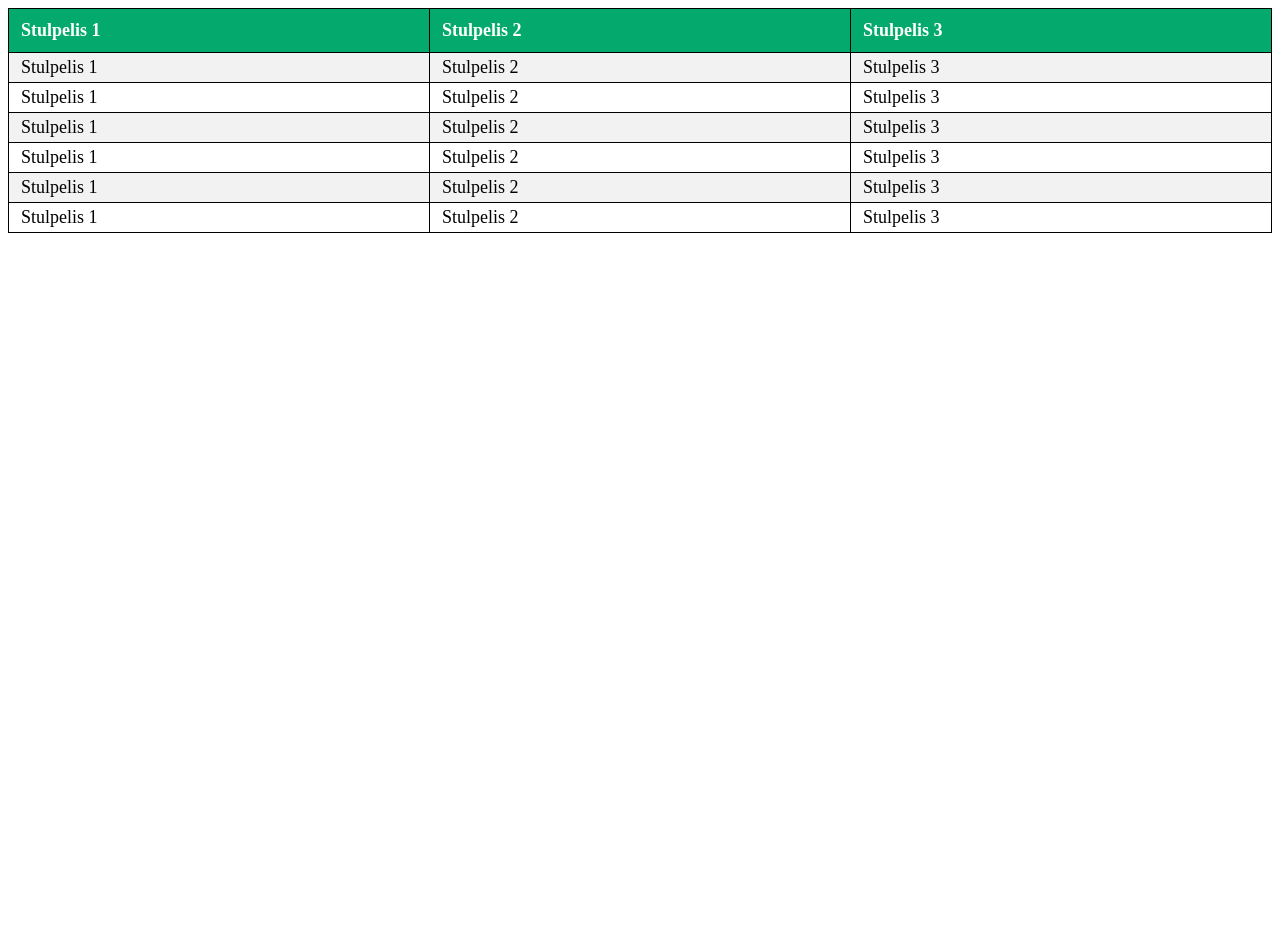
Repository: motiejus1/10-paskaita-05.31
Page: index.html
The author's editor kept a copy of each file at every save. The page is drawn from the files as they stood at one save, then again after a run of saves.
The browser window is 1280 px wide. The pictures show the part of the page from y = 0 to 952 px (the page is 3241 px tall).
Backgrounds fixed to the window are drawn as part of the page.

Above is the page before, as saved 2021-06-16 20:13:34.

After the next 2 saves:
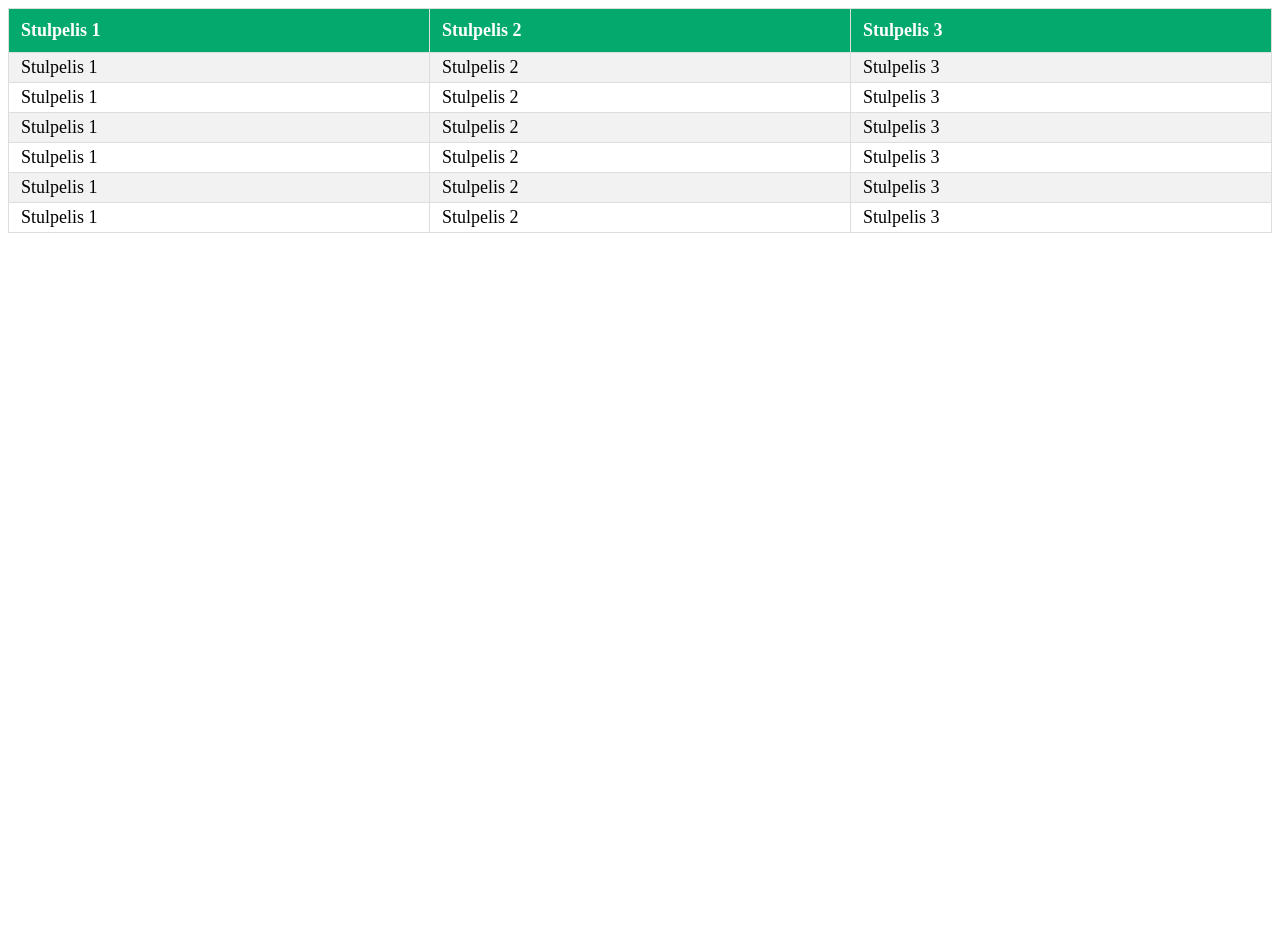
The 2 saves are shown as one change because they came seconds apart.
The last was saved 32 s later.
--- a/index.html
+++ b/index.html
@@ -56,7 +56,7 @@
         }
 
         table {
-            border: 1px solid black;
+            border: 1px solid  #ddd;
             margin-bottom: 1200px;
             width: 100%;
             border-collapse: collapse;
@@ -64,7 +64,7 @@
 
 
         td, th {
-            border: 1px solid black;
+            border: 1px solid  #ddd;
             padding-left: 12px;
         }
 
